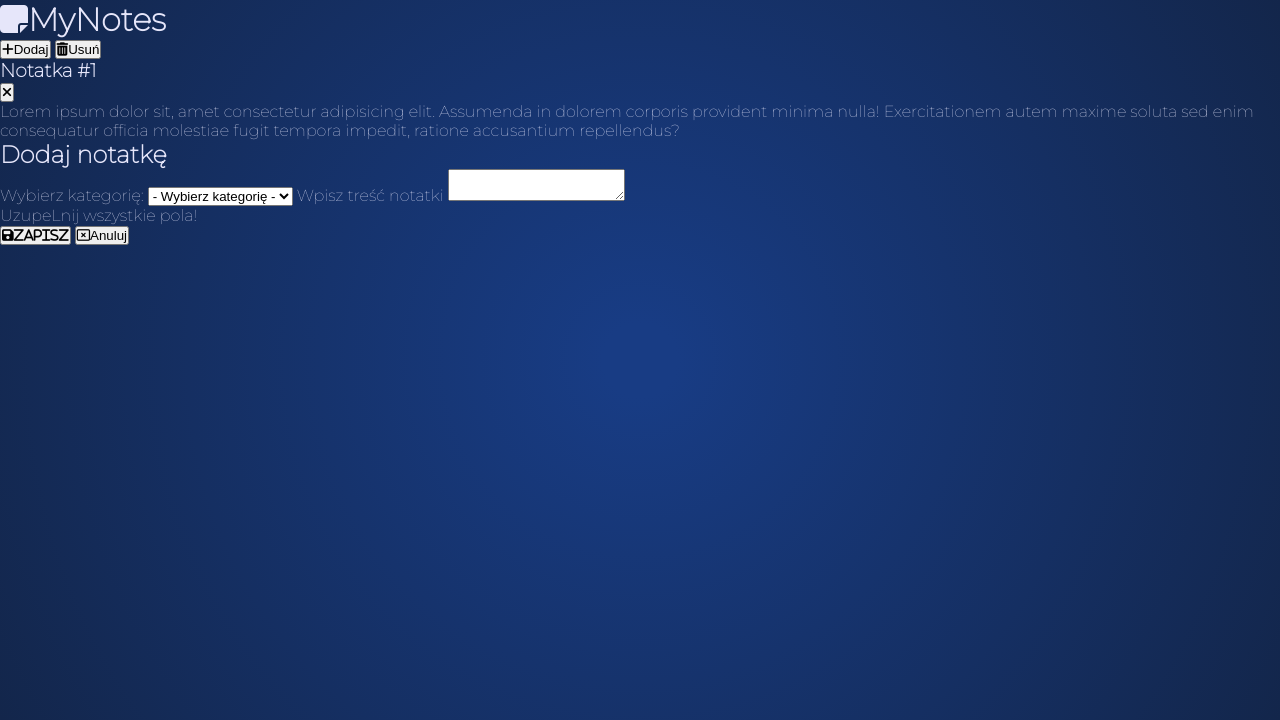
Repository: KrzysKolo/Projekt-7_Notes
Page: js/index.html
The author's editor kept a copy of each file at every save. The page is drawn from the files as they stood at one save, then again after the next save.
The browser window is 1280 px wide. The pictures show the whole page.
Some web libraries are served in a nearby version.

Above is the page before, as saved 2020-07-07 13:36:49.
Console error: SyntaxError: Unexpected token '<'

After the next save:
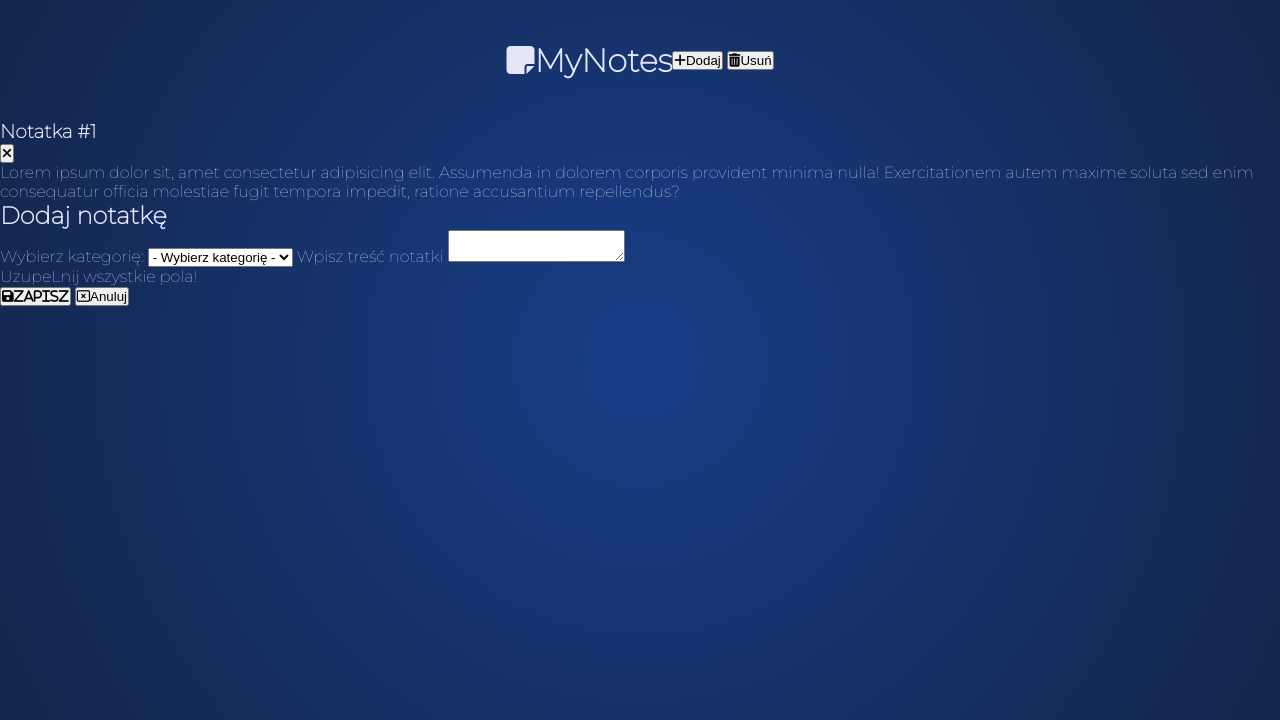
Saved 71 s later.
--- a/css/style.css
+++ b/css/style.css
@@ -13,3 +13,10 @@ body {
   );
   color: lavender;
 }
+.menu {
+  display: flex;
+  justify-content: center;
+  align-items: center;
+  padding: 40px;
+  height: 120px;
+}
